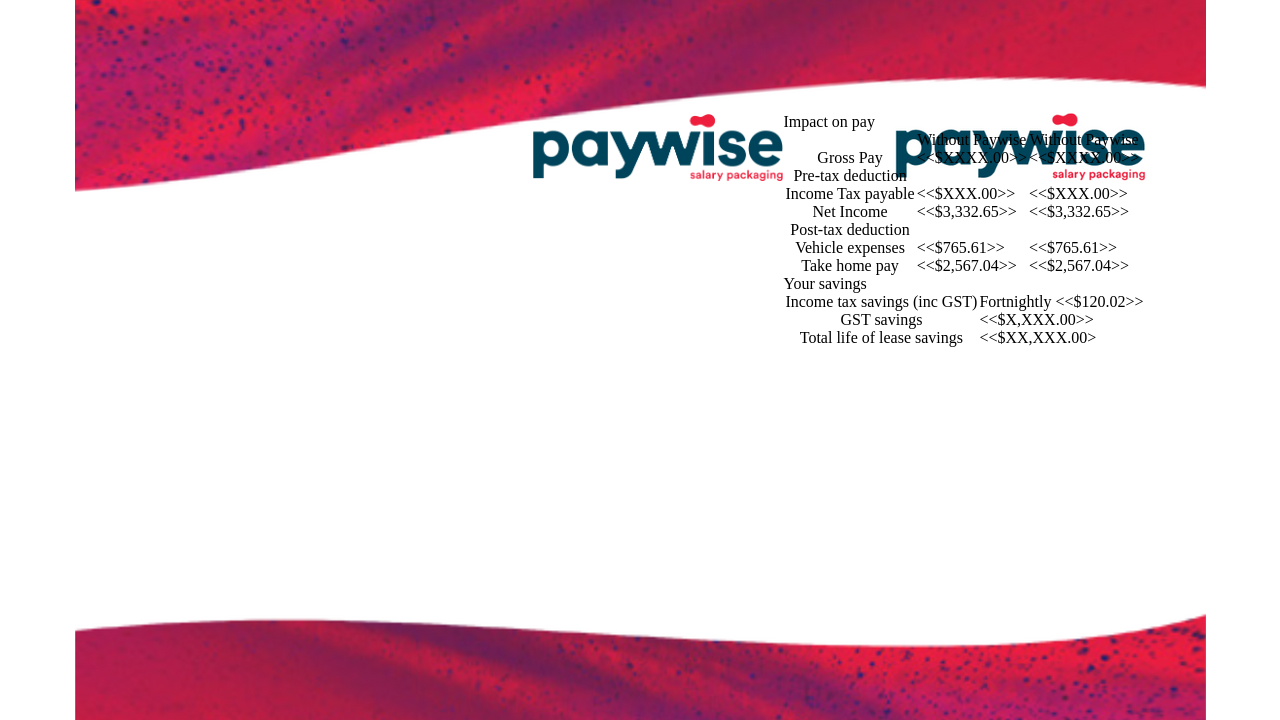
Repository: hoangtubest/novated-phong
Page: 2.html
These files come from the project's save history. The page is drawn as it stood at one moment and after the next save; the edit follows.
The browser window is 1280 px wide. The pictures show the whole page.
The style sheet was rebuilt from its Sass, Less or Tailwind sources for each picture, by a compiler version that may differ from the author's.

Above is the page before, as saved 2023-10-18 15:08:53.

### 2.html
<!DOCTYPE html>
<html lang="en">

<head>
  <meta charset="UTF-8">
  <meta name="viewport" content="width=device-width, initial-scale=1.0">
  <title>2</title>
  <link rel="stylesheet" href="./css/styles.css">
</head>

<body>
  <div class="wrapper">
    <div class="wrapper-inner wrapper-inner--v2">
      <div class="header">
        <div class="header-logo">
          <h1><img src="./images/logo.png" alt="paywise salary packaging"></h1>
        </div>
        <div class="pw-2-info">
          <div class="pw-2-info__row">
            <div class="pw-2-info__col">
              <h2 class="pw-2-info__title">Impact on pay</h2>
              <div class="pw-2-info__content">
                <table class="table-01">
                  <thead>
                    <tr>
                      <th>&nbsp;</th>
                      <th>Without Paywise</th>
                      <th>Without Paywise</th>
                    </tr>
                  </thead>
                  <tbody>
                    <tr>
                      <th>Gross Pay</th>
                      <td>
                        <<$XXXX.00>>
                      </td>
                      <td>
                        <<$XXXX.00>>
                      </td>
                    </tr>
                    <tr>
                      <th>Pre-tax deduction</th>
                      <td>&nbsp;</td>
                      <td>&nbsp;</td>
                    </tr>
                    <tr>
                      <th>Income Tax payable</th>
                      <td>
                        <<$XXX.00>>
                      </td>
                      <td>
                        <<$XXX.00>>
                      </td>
                    </tr>
                    <tr>
                      <th>Net Income</th>
                      <td>
                        <<$3,332.65>>
                      </td>
                      <td>
                        <<$3,332.65>>
                      </td>
                    </tr>
                    <tr>
                      <th>Post-tax deduction</th>
                      <td>&nbsp;</td>
                      <td>&nbsp;</td>
                    </tr>
                    <tr>
                      <th>Vehicle expenses</th>
                      <td>
                        <<$765.61>>
                      </td>
                      <td>
                        <<$765.61>>
                      </td>
                    </tr>
                    <tr>
                      <th>Take home pay</th>
                      <td>
                        <<$2,567.04>>
                      </td>
                      <td>
                        <<$2,567.04>>
                      </td>
                    </tr>
                  </tbody>
                </table>
              </div>
            </div>
            <div class="pw-2-info__col">
              <h2 class="pw-2-info__title">Your savings</h2>
              <div class="pw-2-info__content">
                <table class="table-01">
                  <tbody>
                    <tr>
                      <th>Income tax savings <em>(inc GST)</em></th>
                      <td>
                        <p><em>Fortnightly</em>
                          <<$120.02>>
                        </p>
                      </td>
                    </tr>
                    <tr>
                      <th>GST savings</th>
                      <td>
                        <<$X,XXX.00>>
                      </td>
                    </tr>
                    <tr>
                      <th>Total life of lease savings</th>
                      <td>
                        <<$XX,XXX.00>
                      </td>
                    </tr>
                  </tbody>
                </table>
              </div>
            </div>
          </div>
        </div>
      </div>
    </div>
  </div>
</body>

</html>

### css/styles.scss
*,
*:before,
*:after {
  box-sizing: border-box;
}

* {
  margin: 0;
  padding: 0;
  font: inherit;
}

img,
picture,
svg,
video {
  display: block;
  max-width: 100%;
}

input,
select,
textarea {
  background-color: transparent;
  outline: none;
}

button {
  cursor: pointer;
  background-color: transparent;
  outline: none;
  border: 0;
}

body {
  min-height: 100vh;
  font-weight: 400;
  font-size: 16px;
  line-height: 1;
}

img {
  vertical-align: bottom;
  max-width: 100%;
  height: auto;
}

.wrapper-inner {
  max-width: 1131px;
  margin: 0 auto;
  position: relative;
  min-height: 100vh;

  &::before,
  &::after {
    position: absolute;
    left: 0;
    width: 100%;
    content: "";
    z-index: -1;
    background-size: cover;
  }

  &::before {
    top: 0;
    height: 192px;
    background-position: bottom center;
  }

  &::after {
    bottom: 0;
    height: 136px;
    background-position: top center;
  }

  &--v1 {
    &::before {
      background-image: url("../images/pattern_01_v1.png");
    }

    &::after {
      background-image: url("../images/pattern_02_v1.png");
    }
  }

  &--v2 {
    &::before {
      background-image: url("../images/pattern_01_v2.png");
    }

    &::after {
      background-image: url("../images/pattern_02_v2.png");
    }

    .header {
      display: flex;
      justify-content: flex-end;
    }
  }
}

.header {
  padding: 114px 60px 0;
}

.header-logo {
  width: 250px;
}

.pw-1-feature {
  padding: 60px 30px 25px;

  &__row {
    display: flex;
    gap: 13px;
  }

  &__col {
    width: 25%;
    height: 135px;
    background: url("../images/red-blob.png") no-repeat center center / 100% 100%;
    display: flex;
    align-items: center;

    &:nth-child(2n+1) {
      background-image: url("../images/inverse-blob.png");
    }
  }

  &__content {
    width: 100%;
    color: #fff;
    text-align: right;
    padding-right: 12px;
    ;
  }
}

After the next save:
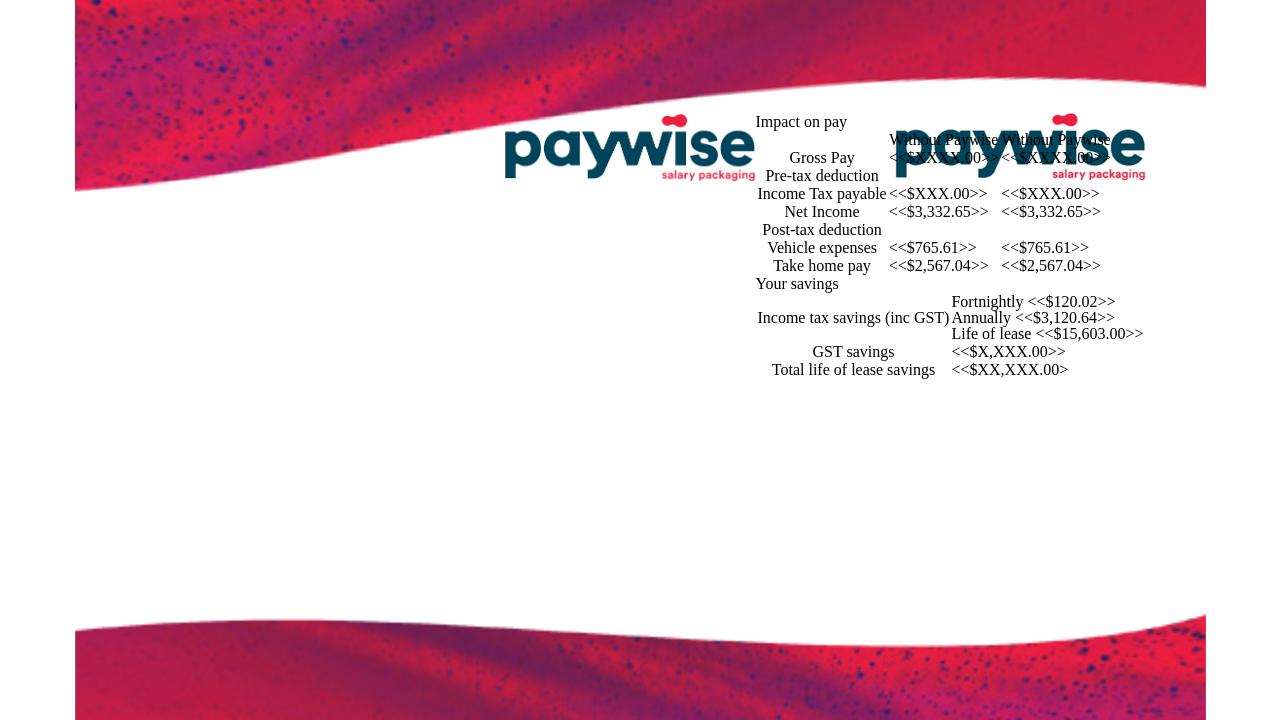
Saved 30 s later.
--- a/2.html
+++ b/2.html
@@ -99,6 +99,12 @@
                         <p><em>Fortnightly</em>
                           <<$120.02>>
                         </p>
+                        <p><em>Annually</em>
+                          <<$3,120.64>>
+                        </p>
+                        <p><em>Life of lease</em>
+                          <<$15,603.00>>
+                        </p>
                       </td>
                     </tr>
                     <tr>
